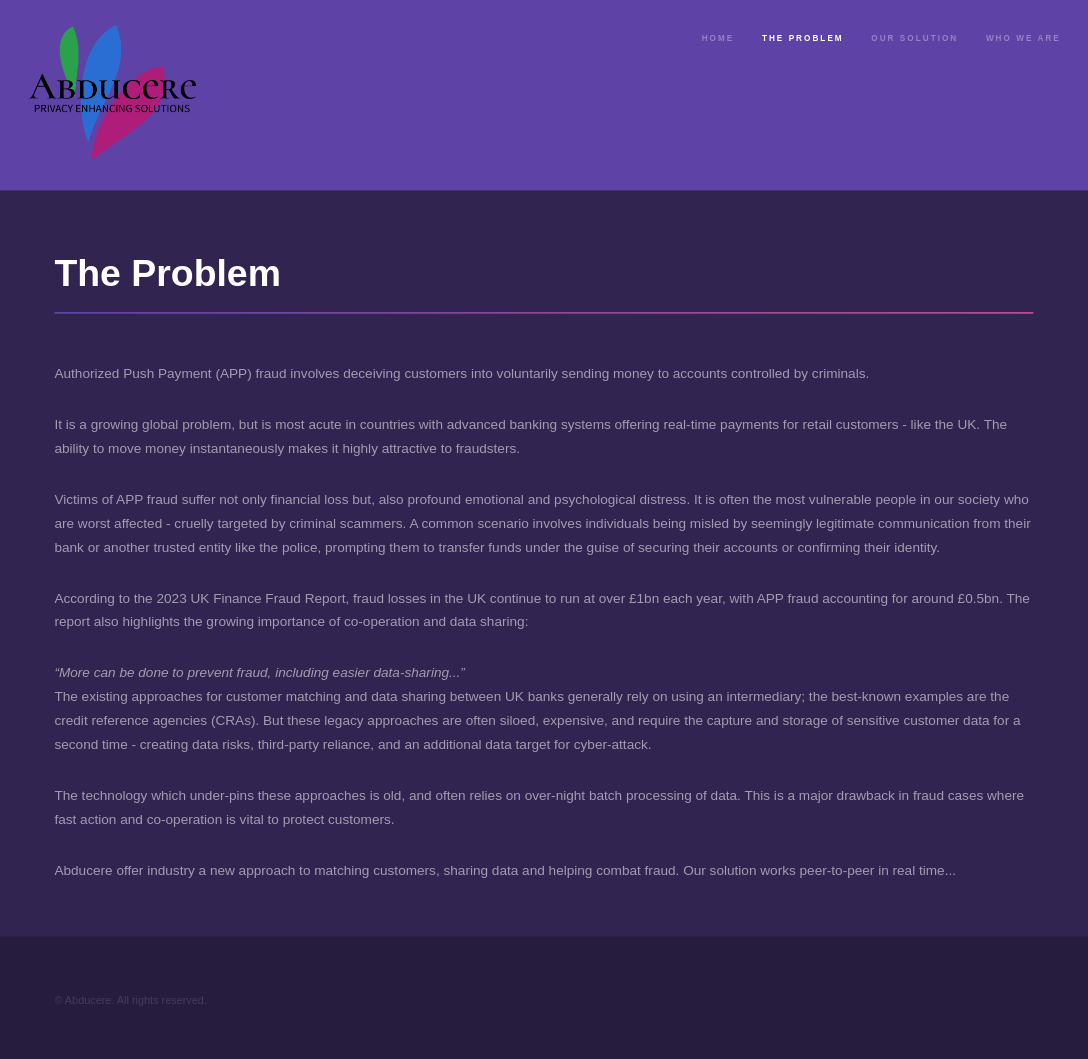
Repository: nocnoc94/nocnoc94.github.io
Page: the-problem.html
An editor plug-in stored every save of this project. The page is shown before and after a run of saves, followed by the edit.
The browser window is 1280 px wide. The pictures show the whole page, at 85% of full size.

Above is the page before, as saved 2024-03-21 16:33:22.

After the next 2 saves:
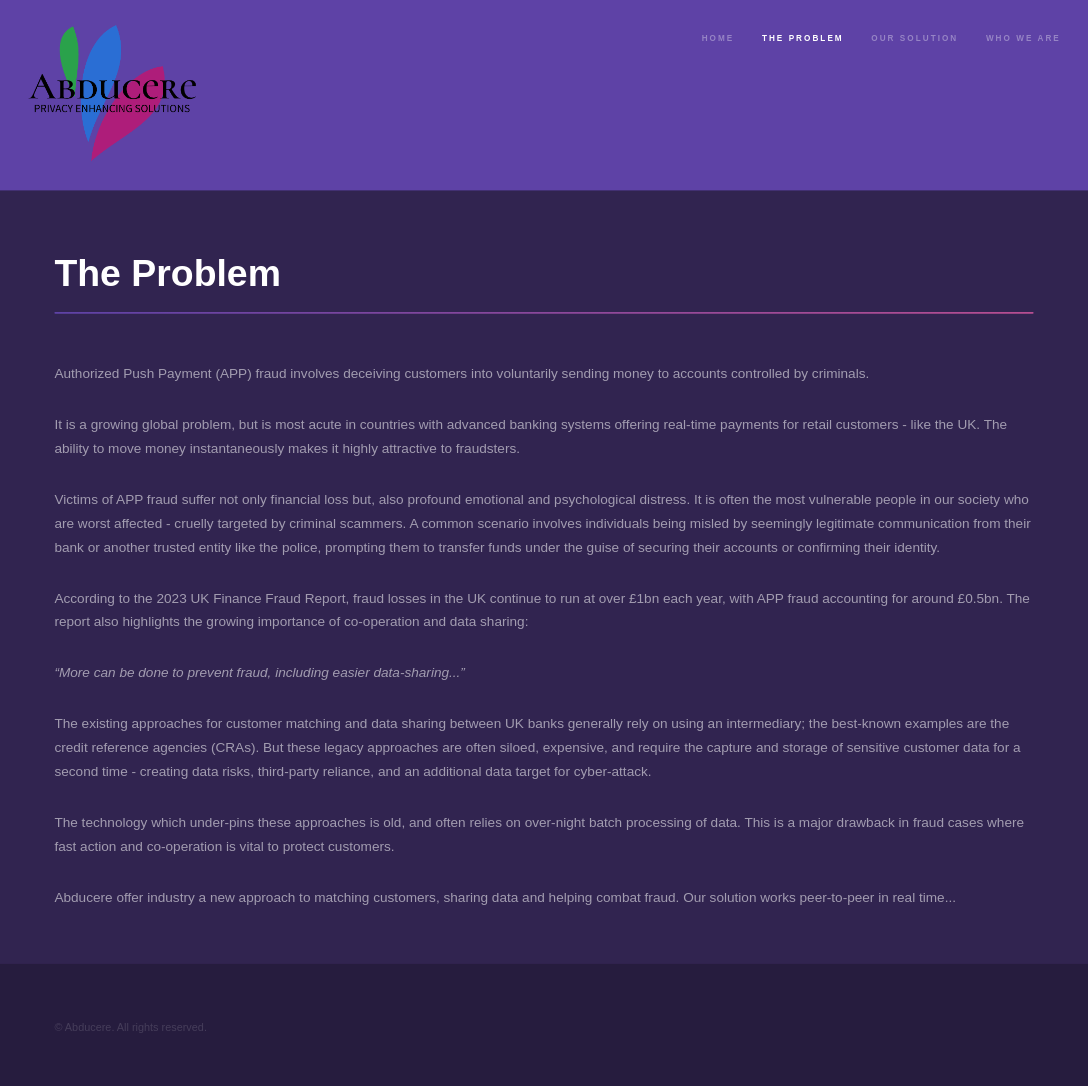
The 2 saves are shown as one change because they came seconds apart.
The last was saved 9 s later.
--- a/the-problem.html
+++ b/the-problem.html
@@ -54,8 +54,8 @@
 					each year, with APP fraud accounting for around £0.5bn. The report also highlights the growing
 					importance of co-operation and data sharing:
 				</p>
-				<p></p><i>“More can be done to prevent fraud, including easier data-sharing...”
-				</i>
+				<p><i>“More can be done to prevent fraud, including easier data-sharing...”
+				</i></p>
 				<p>The existing approaches for customer matching and data sharing between UK banks generally rely on
 					using an intermediary; the best-known examples are the credit reference agencies (CRAs). But these
 					legacy approaches are often siloed, expensive, and require the capture and storage of sensitive
